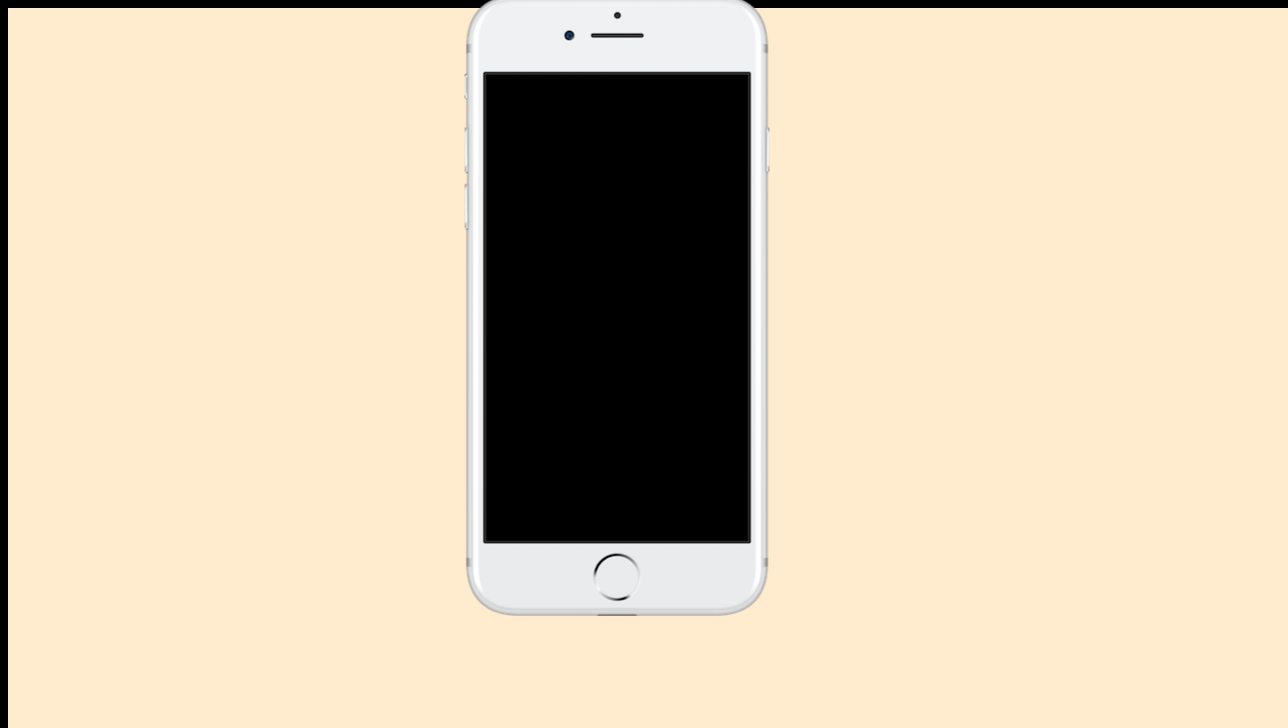
Repository: DorivalJunior14/Projeto-social
Page: index.html
These files come from the project's save history. The page is drawn as it stood at one moment and after a run of saves; the edit follows.
The browser window is 1280 px wide. The page is 1288 px wide, so the pictures cover 1288 px, including what lies to the right of the window. The pictures show the whole page.

Above is the page before, as saved 2022-06-24 14:07:05.

### index.html
<!DOCTYPE html>
<html lang="pt-br">
<head>
    <meta charset="UTF-8">
    <meta http-equiv="X-UA-Compatible" content="IE=edge">
    <meta name="viewport" content="width=device-width, initial-scale=1.0">
    <link rel="shortcut icon" href="favicon.ico" type="image/x-icon">
    <link rel="stylesheet" href="estilos/style.css">
    <title>Projeto redes sociais</title>

</head>
<body>
  <main>
    <section id="telefone">
    </section>
    <section id="redes-sociais">
    </section>
  </main>
</body>
</html>

### estilos/style.css
@charset "UTF-8"

*{
    margin: 0px;
    padding: 0px;
    font-family: Arial, Helvetica, sans-serif;
}

html, body {
    height: 100vh;
    width: 100vw;
    background-color: black;

}

main {
    position: relative;
    height: 100vh;
    background-color: blanchedalmond;
}

section#telefone {
    position: absolute;
    top: 50%;
    left: 50%;
    transform: translate(-60%,-60%);
    height: 627px;
    width: 311px;
    background-color: blue;
    background: url('../imagens/frame-iphone.png');
    transform: translate(-50%,-50%);
    -webkit-transform: translate(-60%,-60%);
    -moz-transform: translate(-60%,-60%);
    -ms-transform: translate(-60%,-60%);
    -o-transform: translate(-60%,-60%);
}

After the next 2 saves:
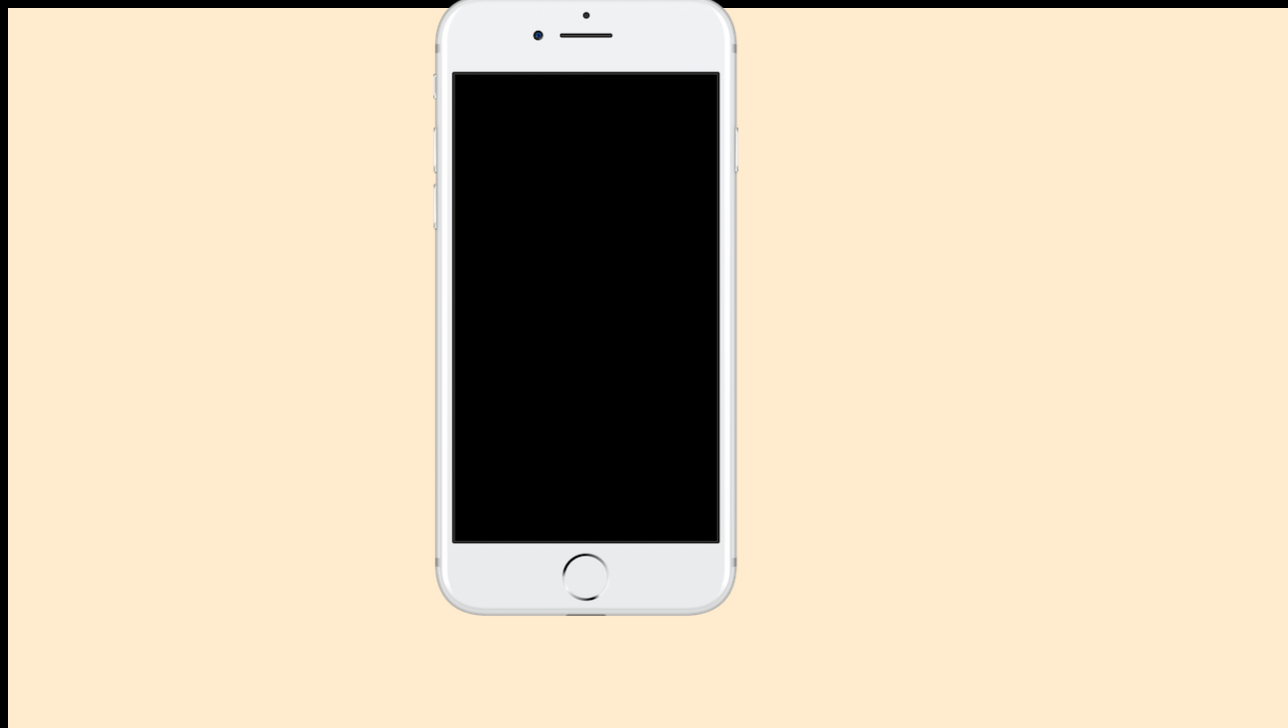
The 2 saves are shown as one change because they came seconds apart.
The last was saved 27 s later.
--- a/estilos/style.css
+++ b/estilos/style.css
@@ -23,14 +23,14 @@ section#telefone {
     position: absolute;
     top: 50%;
     left: 50%;
-    transform: translate(-60%,-60%);
+    transform: translate(-70%,-60%);
     height: 627px;
     width: 311px;
     background-color: blue;
     background: url('../imagens/frame-iphone.png');
     transform: translate(-50%,-50%);
-    -webkit-transform: translate(-60%,-60%);
-    -moz-transform: translate(-60%,-60%);
-    -ms-transform: translate(-60%,-60%);
-    -o-transform: translate(-60%,-60%);
+    -webkit-transform: translate(-70%,-60%);
+    -moz-transform: translate(-70%,-60%);
+    -ms-transform: translate(-70%,-60%);
+    -o-transform: translate(-70%,-60%);
 }
